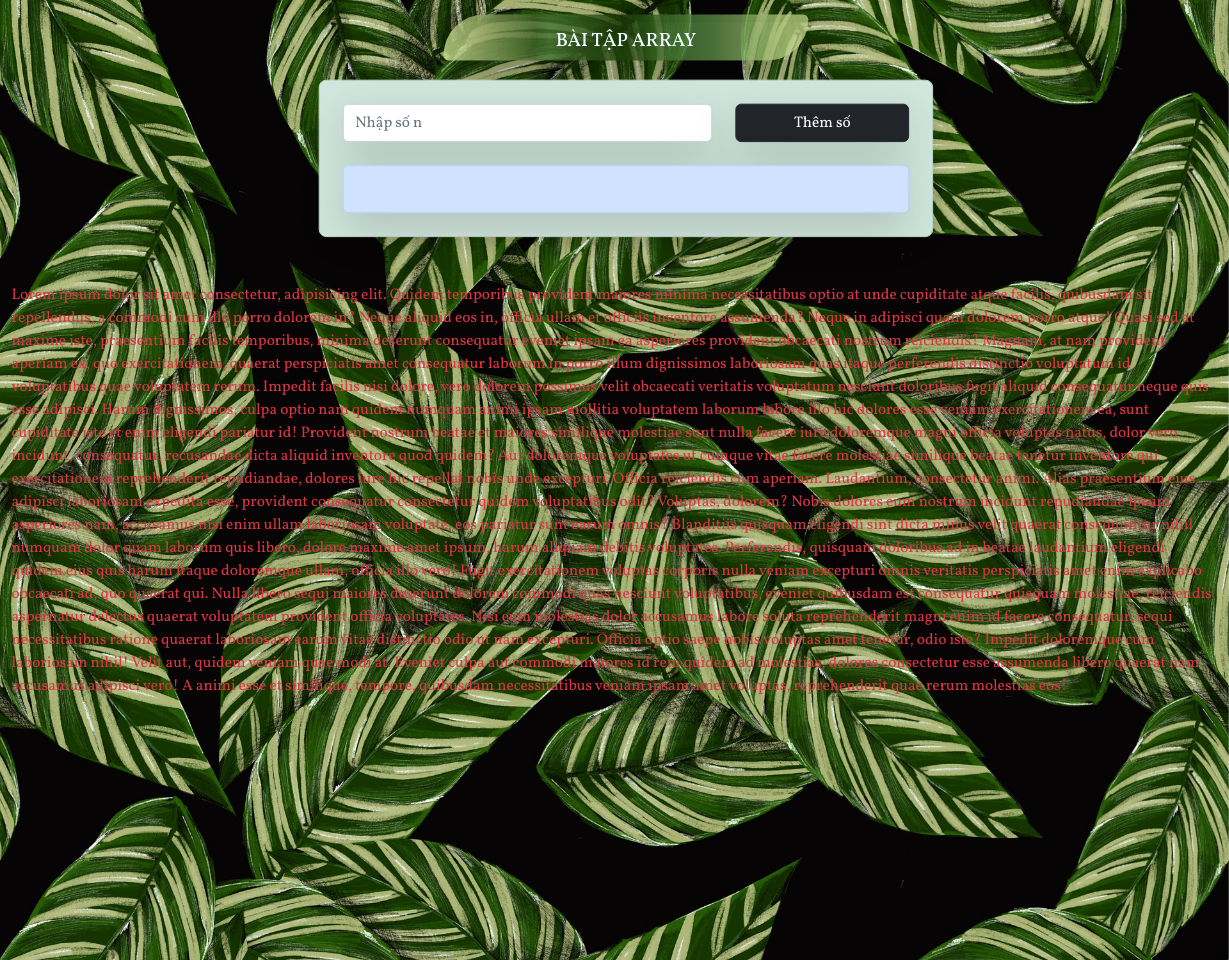
Repository: hcozyph/TranHuuPhuoc_BC43_BT_JS_Buoi7_8_ARRAY
Page: index.html
An editor plug-in stored every save of this project. The page is shown before and after the next save, followed by the edit.
The browser window is 1280 px wide. The pictures show the whole page, at 96% of full size.

Above is the page before, as saved 2023-02-20 22:57:09.

### index.html
<!DOCTYPE html>
<html lang="en">
    <head>
        <title>BT Array</title>
        <!-- Required meta tags -->
        <meta charset="utf-8" />
        <meta
            name="viewport"
            content="width=device-width, initial-scale=1, shrink-to-fit=no"
        />
        <!-- font -->
        <link rel="preconnect" href="https://fonts.googleapis.com" />
        <link rel="preconnect" href="https://fonts.gstatic.com" crossorigin />
        <link
            href="https://fonts.googleapis.com/css2?family=Fraunces:ital,opsz,wght@0,9..144,600;0,9..144,700;1,9..144,300;1,9..144,400;1,9..144,500;1,9..144,600;1,9..144,700;1,9..144,800&family=Vollkorn:ital,wght@0,400;0,500;0,600;0,700;0,800;0,900;1,400;1,500;1,600;1,700;1,800;1,900&display=swap"
            rel="stylesheet"
        />
        <!-- Bootstrap CSS v5.2.1 -->
        <link
            href="https://cdn.jsdelivr.net/npm/bootstrap@5.2.1/dist/css/bootstrap.min.css"
            rel="stylesheet"
            integrity="sha384-iYQeCzEYFbKjA/T2uDLTpkwGzCiq6soy8tYaI1GyVh/UjpbCx/TYkiZhlZB6+fzT"
            crossorigin="anonymous"
        />

        <!-- index.css -->
        <link rel="stylesheet" href="./css/index.css" />
    </head>

    <body>
        <div class="container">
            <div class="bt-array-top">
                <div class="bt-array-title pt-2 shadow-lg">
                    <h1
                        class="text-center shadow-lg p-2"
                        ;
                        style="font-size: 20px"
                    >
                        BÀI TẬP ARRAY
                    </h1>
                </div>

                <div
                    id="mainArray"
                    class="alert alert-success w-50 text-center d-block rounded-3 shadow p-4"
                    style="margin: 20px auto"
                >
                    <div class="row row-cols-3">
                        <div class="col-8">
                            <input
                                id="user-input"
                                type="number"
                                class="form-control shadow-lg py-2"
                                placeholder="Nhập số n"
                                style="height: 100%"
                            />
                        </div>
                        <div class="col">
                            <button
                                id="user-btn"
                                class="btn btn-dark shadow-lg"
                                style="height: 100%; width: 100%"
                            >
                                Thêm số
                            </button>
                        </div>
                    </div>

                    <div class="row mt-4">
                        <div class="col">
                            <div
                                id="user-array"
                                class="alert alert-primary shadow-lg m-0 p-4"
                            ></div>
                        </div>
                    </div>
                </div>
            </div>

            <div class="bt-array-content">
                <div class="text-danger">
                    Lorem ipsum dolor sit amet consectetur, adipisicing elit.
                    Quidem temporibus provident maiores minima necessitatibus
                    optio at unde cupiditate atque facilis, quibusdam sit
                    repellendus, a commodi cum illo porro dolorem in? Neque
                    aliquid eos in, officia ullam et officiis inventore
                    assumenda? Neque in adipisci quam dolorem porro atque! Quasi
                    sed at maxime iste, praesentium facilis temporibus, minima
                    deserunt consequatur eveniet ipsam ea asperiores provident
                    obcaecati nostrum reiciendis? Magnam, at nam provident
                    aperiam ex, quo exercitationem, quaerat perspiciatis amet
                    consequatur laborum in porro illum dignissimos laboriosam
                    quas itaque perferendis distinctio voluptatum id
                    voluptatibus quae voluptatem rerum. Impedit facilis nisi
                    dolore, vero dolorem possimus velit obcaecati veritatis
                    voluptatum nesciunt doloribus fugit aliquid consequatur
                    neque quis esse adipisci. Harum dignissimos, culpa optio nam
                    quidem numquam animi ipsam mollitia voluptatem laborum
                    labore illo hic dolores esse veniam exercitationem ea, sunt
                    cupiditate iste et enim eligendi pariatur id! Provident
                    nostrum beatae et maiores similique molestiae sunt nulla
                    facere iure doloremque magni officia voluptas natus, dolor
                    vero incidunt, consequatur, recusandae dicta aliquid
                    inventore quod quidem? Aut doloremque voluptates ut cumque
                    vitae facere molestiae similique beatae tenetur inventore
                    qui exercitationem reprehenderit repudiandae, dolores iure
                    hic repellat nobis unde excepturi. Officia reiciendis cum
                    aperiam. Laudantium, consectetur animi. Alias praesentium
                    eius adipisci laboriosam expedita esse, provident
                    consequatur consectetur quidem voluptatibus odit? Voluptas,
                    dolorem? Nobis dolores eum nostrum incidunt repudiandae
                    ipsum asperiores nam, accusamus nisi enim ullam laboriosam
                    voluptate, eos pariatur sunt earum omnis? Blanditiis
                    quisquam eligendi sint dicta minus velit quaerat
                    consequuntur nihil numquam dolor quam laborum quis libero,
                    dolore maxime amet ipsum, harum aliquam debitis voluptates.
                    Perferendis, quisquam doloribus ad in beatae laudantium
                    eligendi quidem eius quis harum itaque doloremque ullam,
                    officia illo vero! Fugit exercitationem voluptas corporis
                    nulla veniam excepturi omnis veritatis perspiciatis amet
                    enim explicabo obcaecati ad, quo quaerat qui. Nulla libero
                    sequi maiores deserunt dolorem commodi quas nesciunt
                    voluptatibus, eveniet quibusdam est consequatur quisquam
                    molestiae, reiciendis aspernatur delectus quaerat voluptatem
                    provident officia voluptates. Nisi eum molestias dolor
                    accusamus labore soluta reprehenderit magni enim id facere
                    consequatur, sequi necessitatibus ratione quaerat laboriosam
                    earum vitae distinctio odio ut nam excepturi. Officia optio
                    saepe nobis voluptas amet tenetur, odio iste? Impedit
                    doloremque cum laboriosam nihil! Velit aut, quidem veniam
                    quae modi at. Eveniet culpa aut commodi maiores id rem
                    quidem ad molestias, dolores consectetur esse assumenda
                    libero quaerat nam accusamus adipisci vero! A animi esse et
                    similique, tempore, quibusdam necessitatibus veniam ipsam
                    amet voluptas, reprehenderit quae rerum molestias eos!
                </div>
                <div class="bt1"></div>
            </div>
        </div>

        <!-- Bootstrap JavaScript Libraries -->
        <script
            src="https://cdn.jsdelivr.net/npm/@popperjs/core@2.11.6/dist/umd/popper.min.js"
            integrity="sha384-oBqDVmMz9ATKxIep9tiCxS/Z9fNfEXiDAYTujMAeBAsjFuCZSmKbSSUnQlmh/jp3"
            crossorigin="anonymous"
        ></script>

        <script
            src="https://cdn.jsdelivr.net/npm/bootstrap@5.2.1/dist/js/bootstrap.min.js"
            integrity="sha384-7VPbUDkoPSGFnVtYi0QogXtr74QeVeeIs99Qfg5YCF+TidwNdjvaKZX19NZ/e6oz"
            crossorigin="anonymous"
        ></script>

        <!-- method.js -->
        <link rel="stylesheet" href="./js/method.js" />

        <!-- index.js -->
        <script src="./js/index.js"></script>
    </body>
</html>

### css/index.css
* {
    margin: 0;
    padding: 0;
    box-sizing: border-box;
    font-family: "Fraunces", serif;
    font-family: "Vollkorn", serif;
}

.container {
    margin: 0 auto;
    max-width: 1440px;

    background-image: url(../img/2.jpg);
    background-size: cover;
    background-position: center;
    background-repeat: no-repeat;

    height: 1000px;
    padding-top: 15px;
    position: relative;
}

.bt-array-title {
    display: block;
    width: 380px;
    margin: 0 auto;
    border-radius: 80px 10px 80px 10px;

    font-size: 40px;
    font-weight: 700;
    /* background-color: red; */
    color: aliceblue;
    background: rgb(156, 173, 110);
    background: linear-gradient(
        90deg,
        rgba(198, 219, 142, 0.8) 0%,
        rgba(156, 173, 110, 0.8) 10%,
        rgba(60, 94, 39, 0.8) 25%,
        rgba(68, 112, 49, 0.8) 29%,
        rgba(27, 57, 5, 0.8) 49%,
        rgba(66, 114, 50, 0.8) 63%,
        rgba(90, 139, 69, 0.8) 74%,
        rgba(184, 203, 130, 0.8) 95%
    );
}

/* .bt-array-content {
} */
.bt-array-top {
    position: fixed;
    width: 100%;
}

.bt-array-content {
    padding-top: 280px;
}

Loaded but not shown: js/index.js (no copy from this time; the picture is the same without it); js/method.js (no stored copy; drawn as an empty file)

After the next save:
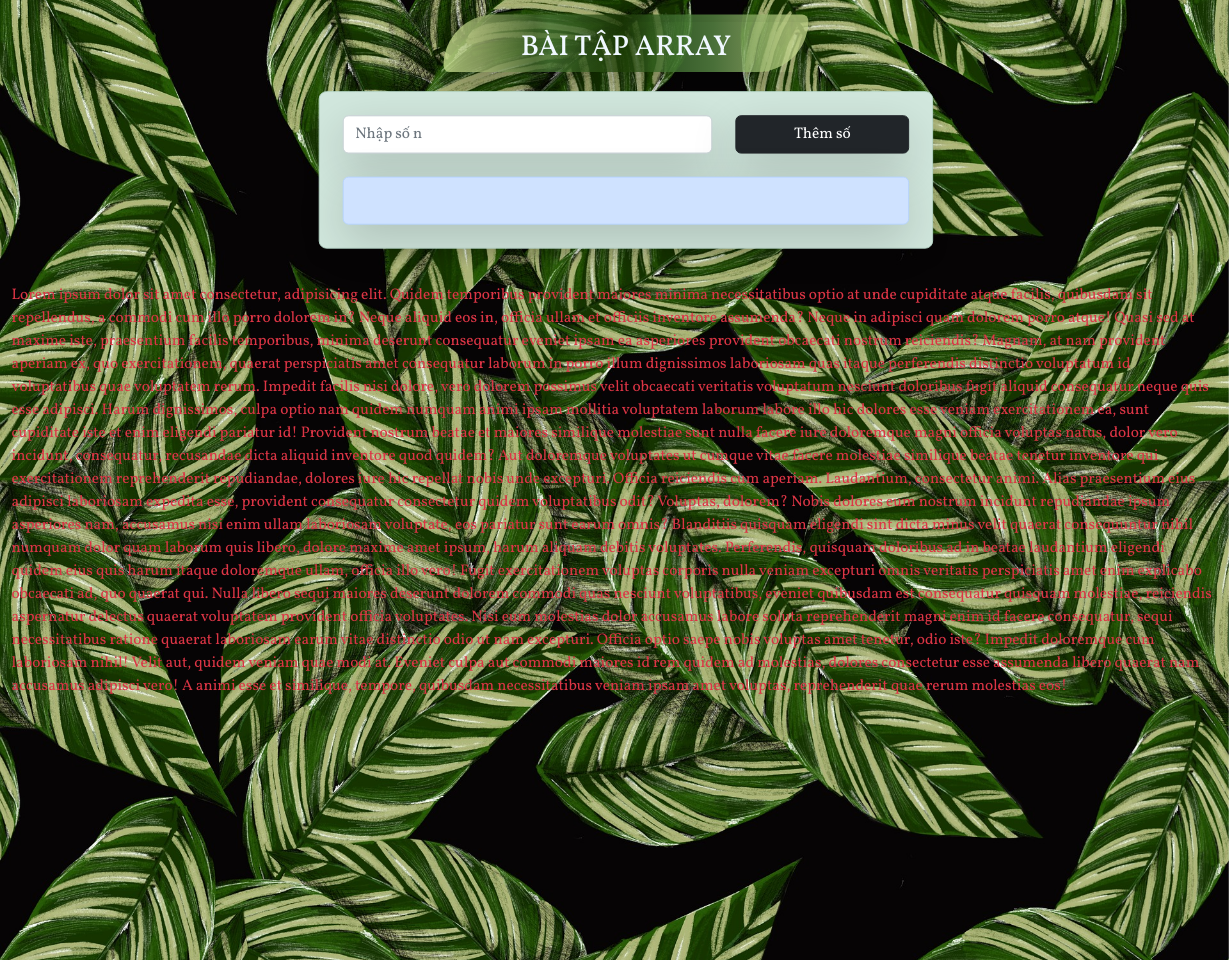
Saved 7 s later.
--- a/index.html
+++ b/index.html
@@ -34,7 +34,7 @@
                     <h1
                         class="text-center shadow-lg p-2"
                         ;
-                        style="font-size: 20px"
+                        style="font-size: 30px"
                     >
                         BÀI TẬP ARRAY
                     </h1>
